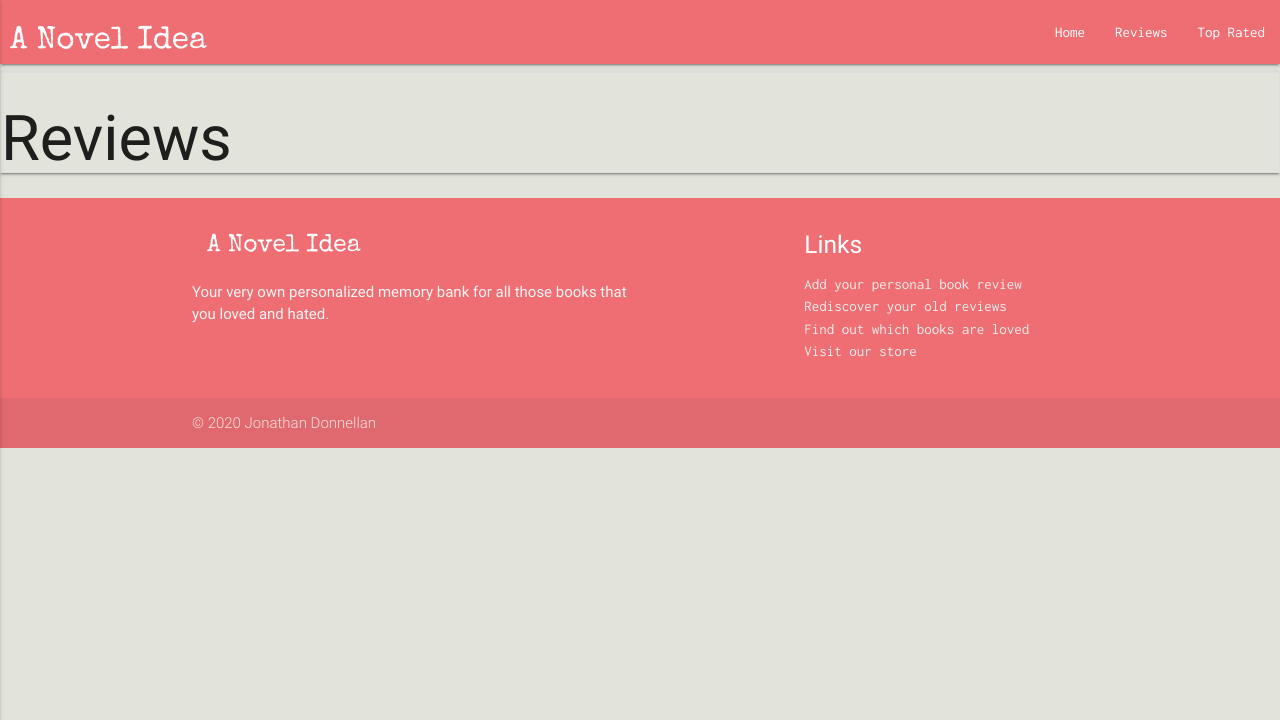
Repository: johnny-don/a-novel-idea
Page: http://localhost/
The author's editor kept a record of every edit. The page is drawn from the files as they stood at one moment, then again after the next edit.
The browser window is 1280 px wide. The pictures show the whole page.
Some web libraries are served in a nearby version. The page is served by the project's application, run on Flask 3 (app.py). Queries for data that is not in the repository find no rows.

Above is the page before.

After the next edit:
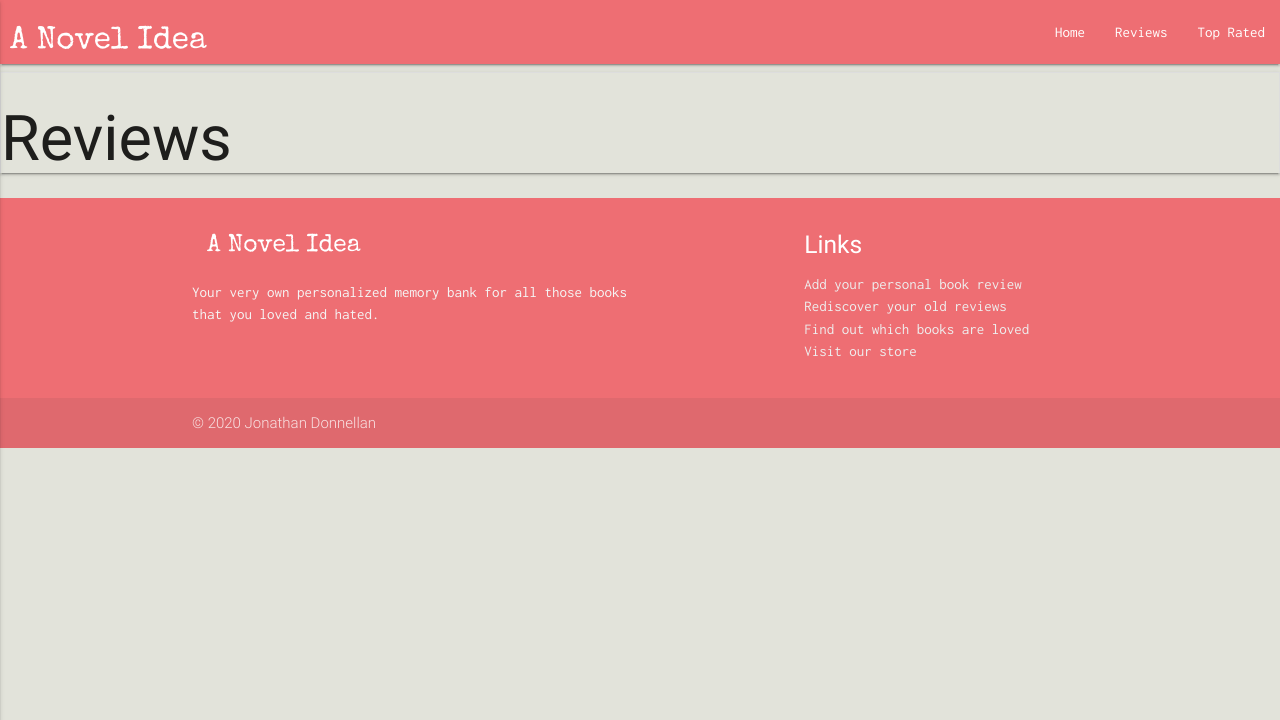
The edit:
--- a/templates/base.html
+++ b/templates/base.html
@@ -43,7 +43,7 @@
             <div class="row">
               <div class="col l6 s12">
                 <h5 class="white-text brand">A Novel Idea</h5>
-                <p class="grey-text text-lighten-4">Your very own personalized memory bank for all those books that you loved and hated. </p>
+                <p class="grey-text text-lighten-4 text-font">Your very own personalized memory bank for all those books that you loved and hated. </p>
               </div>
               <div class="col l4 offset-l2 s12">
                 <h5 class="white-text">Links</h5>
